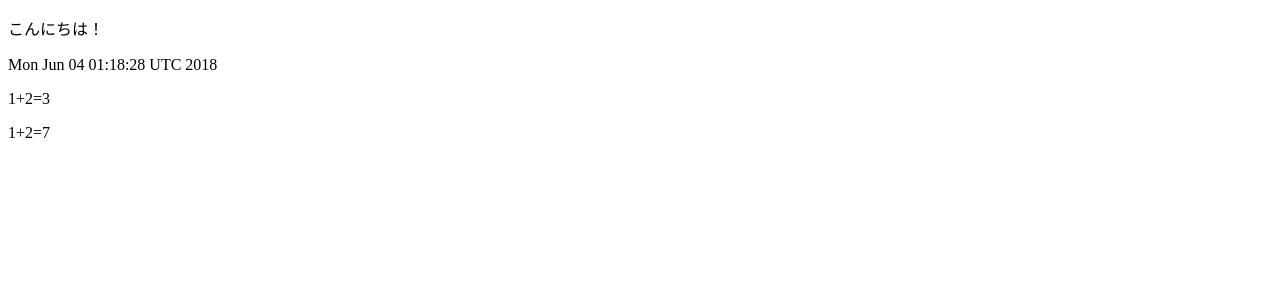
Repository: watasyaada/test
Page: http://localhost/HelloJSP/
These files come from the project's save history. The page is drawn as it stood at one moment and after the next save; the edit follows.
The browser window is 1280 px wide. The pictures show the whole page.
The page is served by Tomcat 9.

Above is the page before, as saved 2018-06-04 02:07:05.

After the next save:
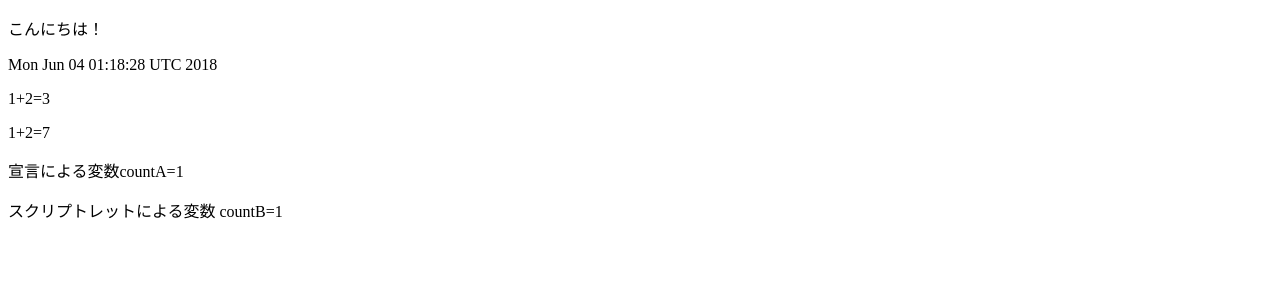
Saved 4 min 55 s later.
--- a/HelloJSP/WebContent/index.jsp
+++ b/HelloJSP/WebContent/index.jsp
@@ -17,5 +17,15 @@
 
 <p>1+2=<%=add(1,2) %></p>
 <p>1+2=<%=add(3,4) %></p>
+
+<%! static int countA=0; %>
+<%
+int countB=0;
+countA++;
+countB++;
+%>
+
+<p>宣言による変数countA=<%=countA %></p>
+<p>スクリプトレットによる変数 countB=<%=countB %></p>
 </body>
 </html>
